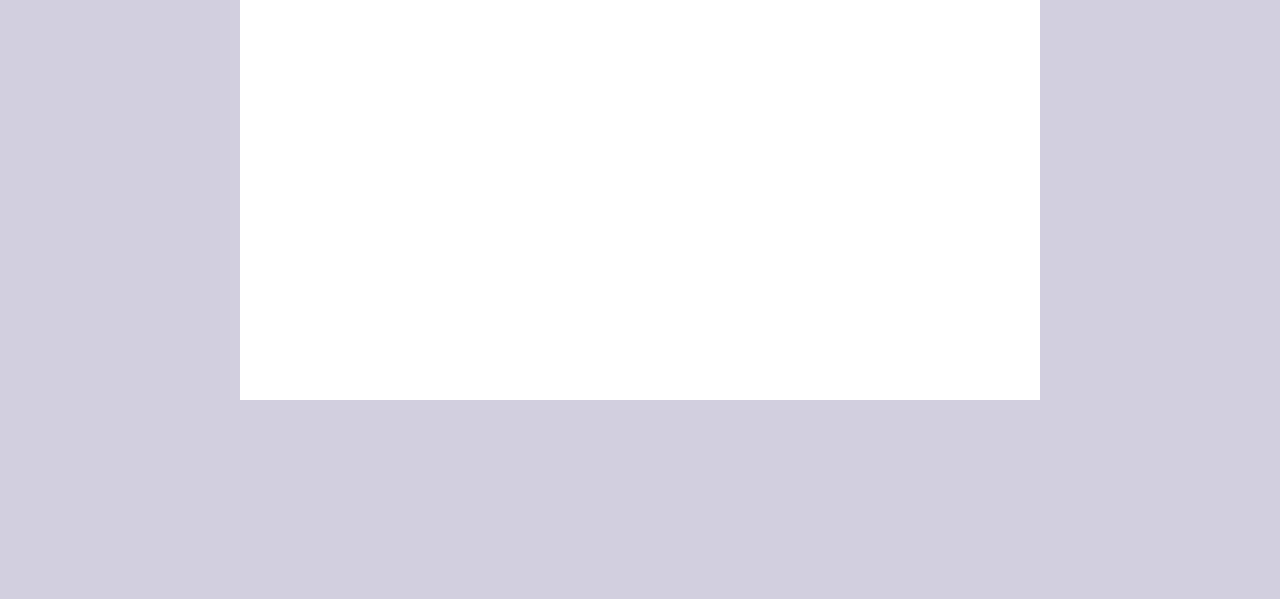
Repository: cosmicswati/upgrad-captions-project
Page: /
An editor plug-in stored every save of this project. The page is shown before and after the next save, followed by the edit.
The browser window is 1280 px wide. The pictures show the whole page.
The project was rebuilt for these pictures with package versions that can differ from the ones it lists, and the page was loaded fresh each time.

Above is the page before, as saved 2024-04-08 17:35:04.

### src/App.js
import Auth from "./modules/Authorization";


function App() {
  return (
    <div>
       <Auth />
    </div>
  );
}

export default App;

### src/modules/Authorization/index.js
import React from 'react'
import Form from './Form'

const Auth = () => {
  return (
    <div>
      <Form/>
    </div>
  )
}

export default Auth

### src/modules/Authorization/Form.jsx
import React from 'react';

const Form = () => {
  return (
    <div className='bg-[#d2cfdf] h-screen w-full flex justify-center item-center'>
      <div className='h-[400px] w-[800px] bg-white'></div>
    </div>
  );
};

export default Form;

### tailwind.config.js
/** @type {import('tailwindcss').Config} */
module.exports = {
 mode:'jit',
 purge: [
  './public/**/*.html',
  './src/**/*.{js,jsx,ts,tsx,vue}',
 ],
  content: [
    "./src/**/*.{js,jsx,ts,tsx}",
  ],
  theme: {
    extend: {},
  },
  plugins: [],
}

Loaded but not shown: public/index.html (common file); src/index.js (common file); src/index.css (common file); src/reportWebVitals.js (common file)

After the next save:
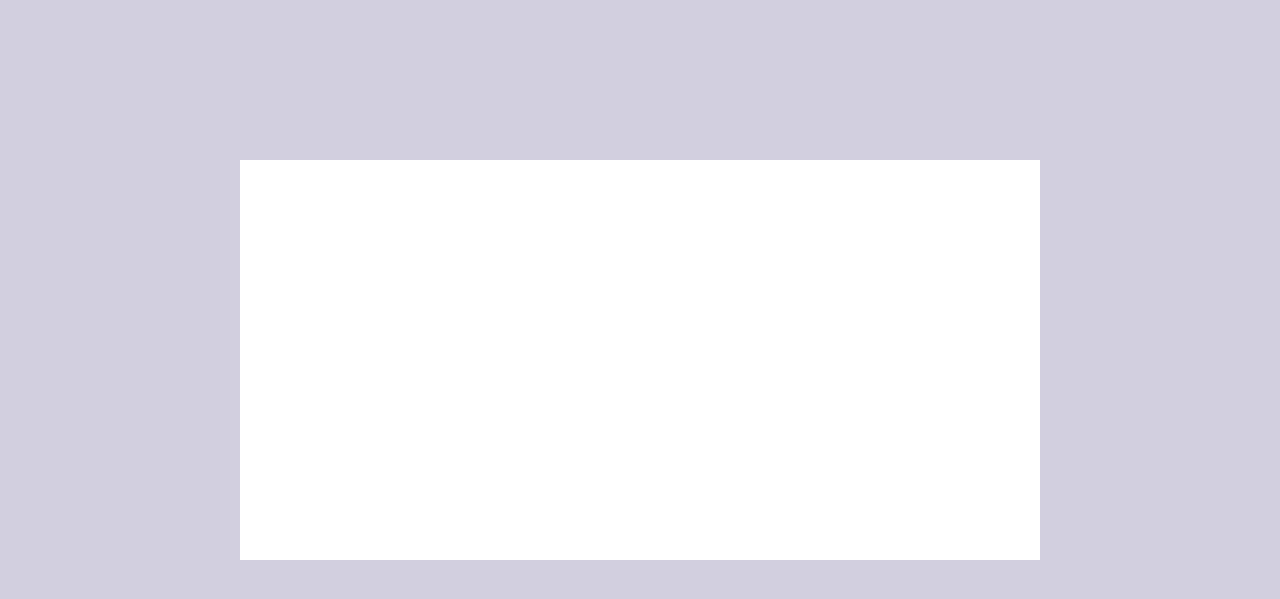
Saved 18 s later.
--- a/src/modules/Authorization/Form.jsx
+++ b/src/modules/Authorization/Form.jsx
@@ -2,7 +2,7 @@ import React from 'react';
 
 const Form = () => {
   return (
-    <div className='bg-[#d2cfdf] h-screen w-full flex justify-center item-center'>
+    <div className='bg-[#d2cfdf] h-screen w-full flex justify-center items-center'>
       <div className='h-[400px] w-[800px] bg-white'></div>
     </div>
   );
